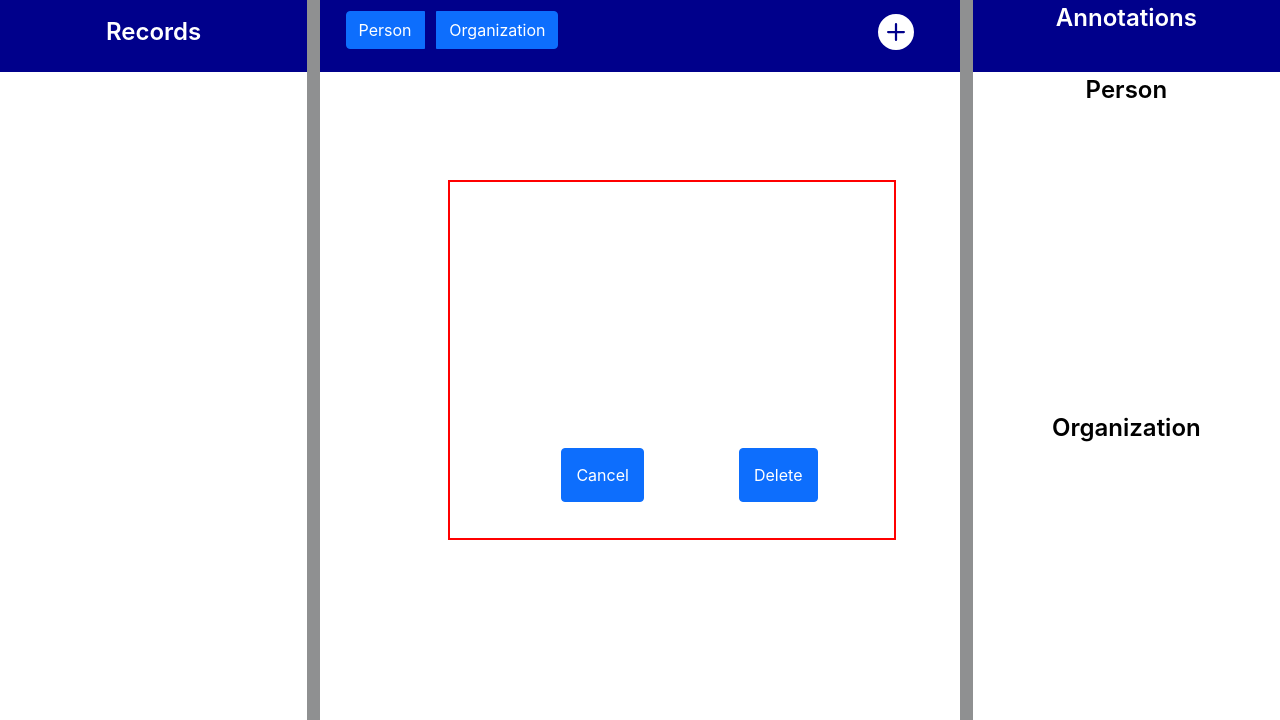
Repository: napan24/classforma_assignment
Page: / (app in client/)
The author's editor kept a copy of each file at every save. The page is drawn from the files as they stood at one save, then again after the next save.
The browser window is 1280 px wide. The pictures show the whole page.
The project was rebuilt for these pictures with package versions that can differ from the ones it lists, and the page was loaded fresh each time. Also part of the build but not shown: client/src/App.css.

Above is the page before, as saved 2022-07-20 16:42:43.

After the next save:
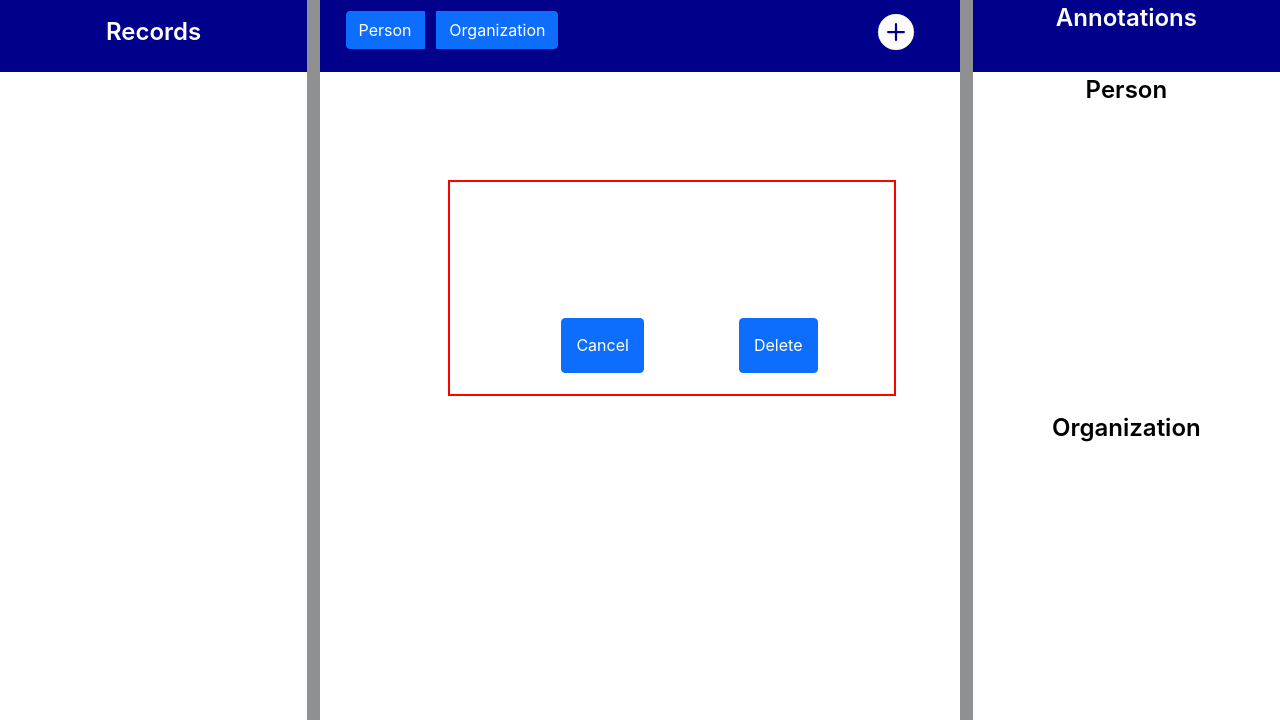
Saved 13 s later.
--- a/client/src/Home.js
+++ b/client/src/Home.js
@@ -56,7 +56,7 @@ const Home = () => {
     }
     return (
         <>
-            <div style={{ height: "50vh", width: "35vw", backgroundColor: "white", position: "absolute", zIndex: '2', left: "35%", top: "25%", border: "2px solid red" }}>
+            <div style={{ height: "30vh", width: "35vw", backgroundColor: "white", position: "absolute", zIndex: '2', left: "35%", top: "25%", border: "2px solid red" }}>
                 <button type="button" class="btn btn-primary" style={{ marginRight: "1vw",position:"absolute",bottom:"10%",left:"25%",padding:"2vh" }}>Cancel</button>
                 <button style={{ marginRight: "1vw",position:"absolute",bottom:"10%",left:"65%",padding:"2vh" }} type="button" class="btn btn-primary">Delete</button>
             </div>
